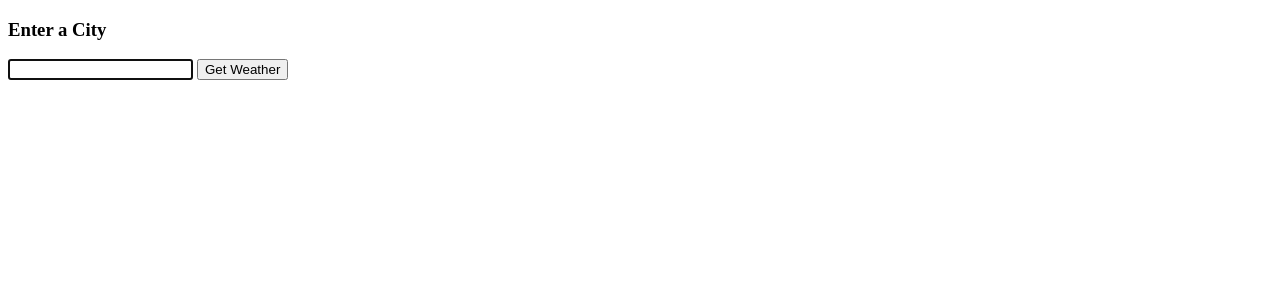
Repository: Naomilounsbury/weather-dashboard
Page: index.html
The author's editor kept a copy of each file at every save. The page is drawn from the files as they stood at one save, then again after the next save.
The browser window is 1280 px wide. The pictures show the whole page.
The page's requests for data from a server got no answer.

Above is the page before, as saved 2021-12-07 10:14:26.

After the next save:
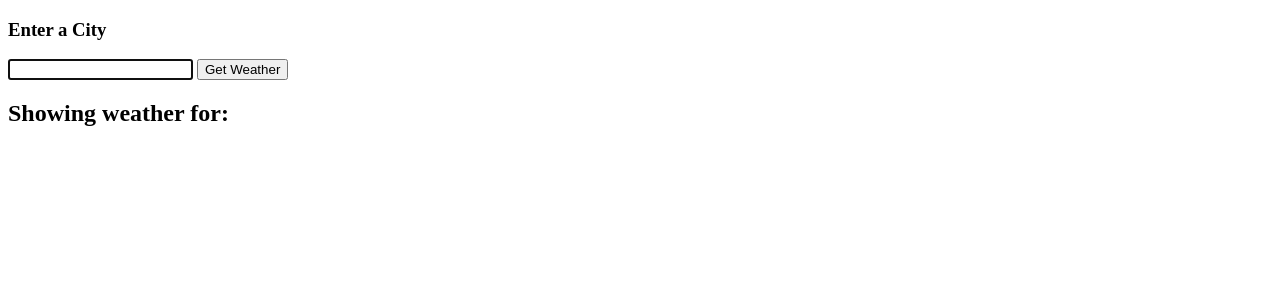
Saved 3 h 43 min later.
--- a/index.html
+++ b/index.html
@@ -19,6 +19,10 @@
             </button>
         </form>
     </div>
+    <div class="col-12 col-md-8">
+        <h2 class="subtitle">Showing weather for: <span id="city"></span></h2>
+        <div id="cities-container" class="list-group"></div>
+      </div>
 
     <script src="https://code.jquery.com/jquery-3.4.1.min.js"></script>
     <script src="./assets/js/script.js"></script>
